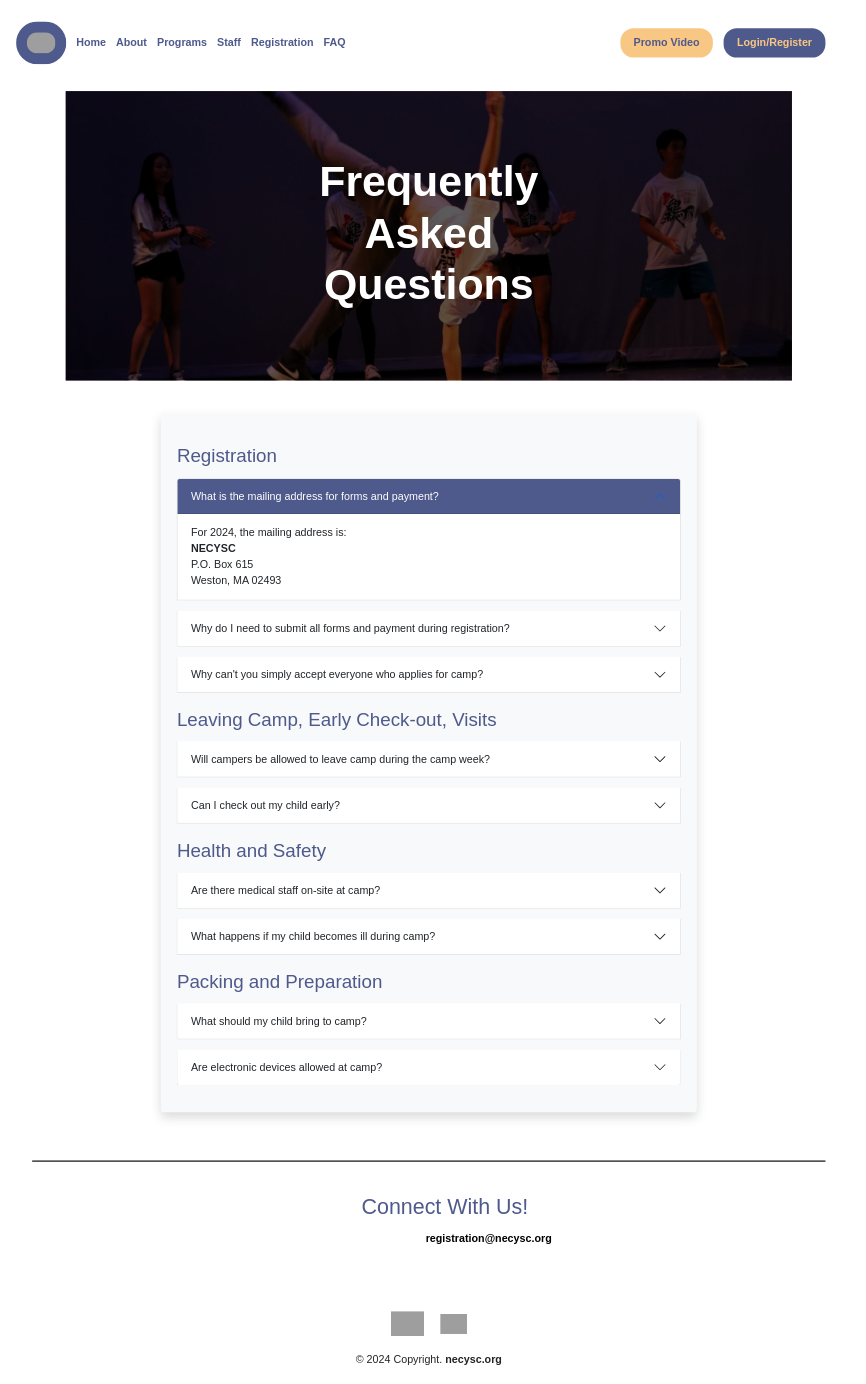
Repository: fullstackatbrown/project-necysc
Page: necysc_app/templates/necysc_app/website/faq.html
These files come from the project's save history. The page is drawn as it stood at one moment and after the next save; the edit follows.
The browser window is 1280 px wide. The page is 1292 px wide, so the pictures cover 1292 px, including what lies to the right of the window. The pictures show the whole page, at 67% of full size.
Pictures or frames that could not be fetched are drawn as grey boxes. Some web fonts or font styles are not loaded; a fallback is used. The template is drawn by Django 5.2. The application's start-up code is not run. The template is opened directly, without the code that normally fills it, so the values that code supplies are empty.

Above is the page before, as saved 2024-12-04 01:44:09.

After the next save:
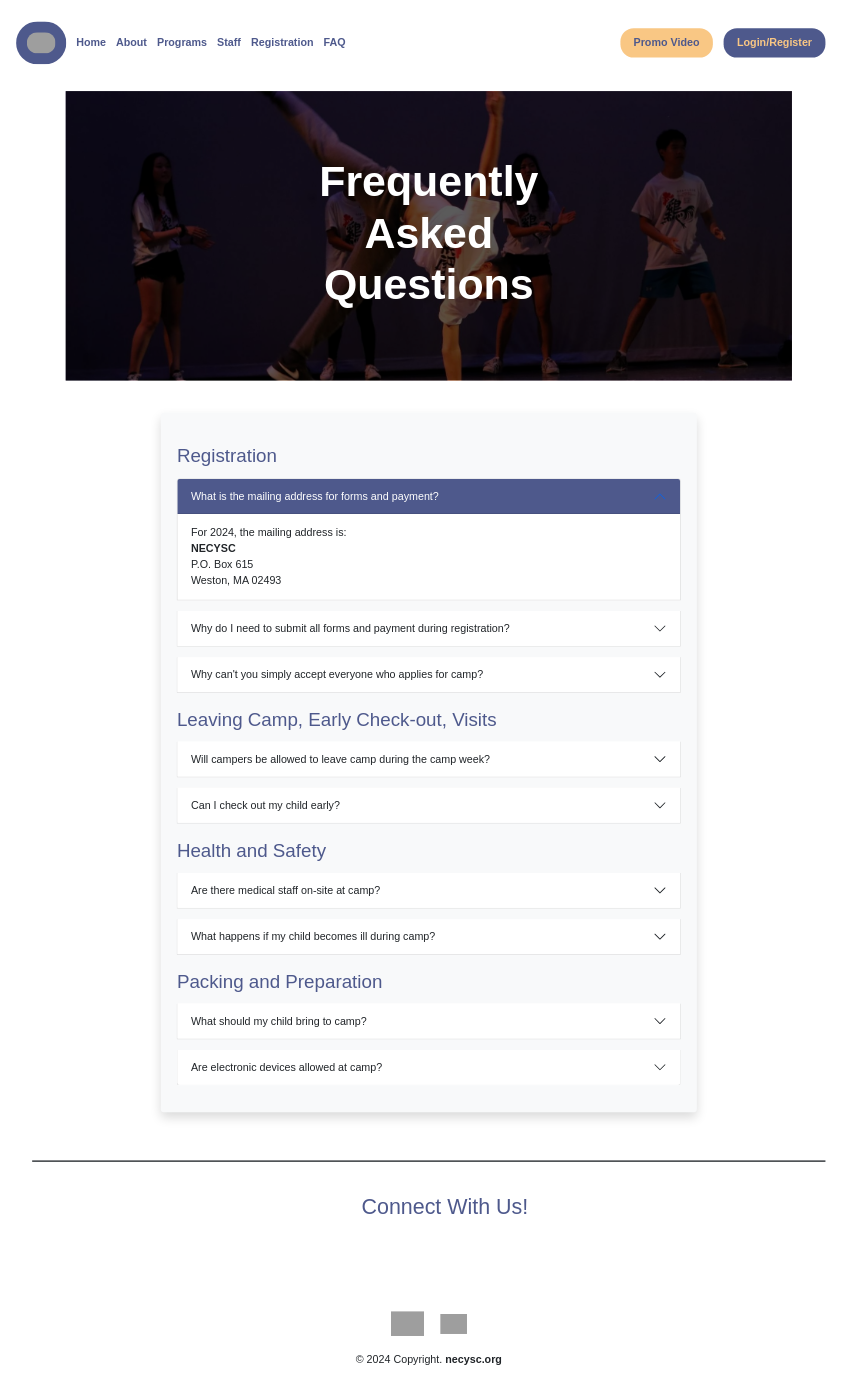
Saved 4 s later.
--- a/necysc_app/templates/necysc_app/footer.html
+++ b/necysc_app/templates/necysc_app/footer.html
@@ -4,7 +4,7 @@
 
   <h2 class="ps-5 mb-3 mt-5 text-center" style="color: #4e598c;">Connect With Us!</h2>
   <p class="ps-5 text-center" style="color: white;">General Inquiries:
-    <a href="mailto:registration@necysc.org" style="color: black">registration@necysc.org</a>
+    <a href="mailto:registration@necysc.org" style="color: white">registration@necysc.org</a>
   </p>
   <p class="ps-5 text-center" style="color: white;"> Director:
     <a href="mailto:registration@necysc.org" style="color: white">director@necysc.org</a>
